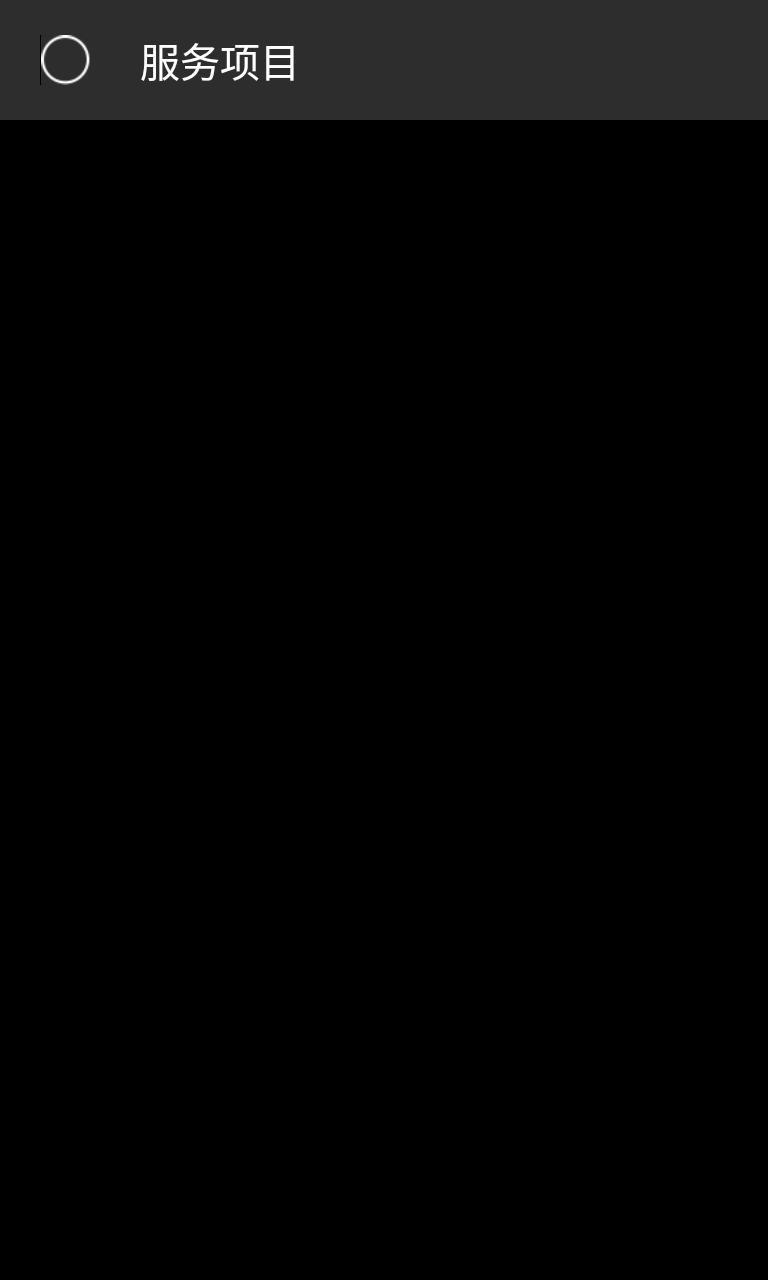
Repository: appleseedez/rongmeme-android
Layout: rmm/res/layout/star_small_item_custom.xml
The author's editor kept a copy of each file at every save. The layout is drawn from the files as they stood at one save, then again after the next save.
It is drawn on a 768 x 1280 px phone screen (xhdpi) without system bars, with theme AppTheme; the app's code is not run.

Above is the layout before, as saved 2014-07-02 13:15:13.

### rmm/res/layout/star_small_item_custom.xml
<?xml version="1.0" encoding="utf-8"?>
<LinearLayout xmlns:android="http://schemas.android.com/apk/res/android"
    android:layout_width="match_parent"
    android:layout_height="wrap_content"
    android:orientation="vertical">

    <RelativeLayout
        android:id="@+id/ssi_top_navigation_bar"
        android:layout_width="fill_parent"
        android:layout_height="60dp"
        android:background="#44aaaaaa"
        android:gravity="center_vertical" >

        <CheckBox
            android:id="@+id/ssic_small_category_checkbox_imageButton"
            style="@style/CustomCheckboxTheme"
            android:layout_width="40dp"
            android:layout_height="40dp"
            android:layout_alignParentLeft="true"
            android:layout_centerVertical="true"
            android:layout_marginLeft="20dp"
            android:scaleType="center" />

        <TextView
            android:id="@+id/ssic_small_category_name_title"
            android:layout_width="wrap_content"
            android:layout_height="wrap_content"
            android:layout_alignParentRight="true"
            android:layout_centerVertical="true"
            android:layout_marginLeft="10dp"
            android:layout_toRightOf="@id/ssic_small_category_checkbox_imageButton"
            android:singleLine="true"
            android:text="@string/ssia_small_category_name_title_text"
            android:textColor="@color/white"
            android:textSize="20sp" />
    </RelativeLayout>

    <View
        android:layout_width="match_parent"
        android:layout_height="1.5dp"
        android:background="@null" >
    </View>

</LinearLayout>

### rmm/res/values/styles.xml
<resources xmlns:android="http://schemas.android.com/apk/res/android">

    <!-- Application theme. -->
    <style name="AppTheme" parent="@android:style/Theme.Black.NoTitleBar">
        <!-- All customizations that are NOT specific to a particular API-level can go here. -->
    </style>

    <style name="CustomCheckboxTheme" parent="@android:style/Widget.CompoundButton.CheckBox">
        <item name="android:button">@drawable/checkbox_style</item>
    </style>

    <style name="title">
        <item name="android:layout_height">wrap_content</item>
        <item name="android:layout_width">wrap_content</item>
        <item name="android:background">@null</item>
        <item name="android:gravity">center</item>
        <item name="android:textColor">@android:color/white</item>
        <item name="android:textSize">18sp</item>
    </style>

    <style name="button" parent="@style/title">
        <item name="android:background">@drawable/btn_button</item>
    </style>

    <style name="title.small" parent="@style/title">
        <item name="android:textSize">16sp</item>
    </style>

    <style name="itembg">
        <item name="android:background">#44aaaaaa</item>
        <item name="android:minHeight">60dip</item>
        <item name="android:paddingBottom">14dip</item>
        <item name="android:paddingLeft">20dip</item>
        <item name="android:paddingRight">20dip</item>
        <item name="android:paddingTop">14dip</item>
    </style>

    <style name="edit">
        <item name="android:layout_height">wrap_content</item>
        <item name="android:layout_width">wrap_content</item>
        <item name="android:textColorHint">@android:color/white</item>
        <item name="android:background">@drawable/edit</item>
        <item name="android:textColor">#797979</item>
        <item name="android:paddingLeft">10dip</item>
    </style>

    <style name="ratingbar" parent="@android:style/Widget.RatingBar">
        <item name="android:progressDrawable">@drawable/ratingbar</item>
        <item name="android:indeterminateDrawable">@drawable/ratingbar</item>
        <item name="android:minHeight">22dip</item>
        <item name="android:maxHeight">22dip</item>
    </style>

    <style name="share">
        <item name="android:layout_height">wrap_content</item>
        <item name="android:layout_width">wrap_content</item>
        <item name="android:minHeight">120dip</item>
        <item name="android:scaleType">centerInside</item>
        <item name="android:background">#44aaaaaa</item>
    </style>

    <style name="dialog" parent="@android:style/Theme.Dialog">
        <item name="android:windowIsTranslucent">false</item>
        <item name="android:windowNoTitle">true</item>
        <item name="android:windowFrame">@null</item>
        <item name="android:windowBackground">@android:color/transparent</item>
        <item name="android:windowIsFloating">true</item>
        <item name="android:windowContentOverlay">@null</item>
        <item name="android:windowTitleStyle">@null</item>
        <item name="android:windowAnimationStyle">@android:style/Animation.Dialog</item>
        <item name="android:windowSoftInputMode">stateUnspecified|adjustPan</item>
        <item name="android:backgroundDimEnabled">false</item>
        <item name="android:background">@android:color/transparent</item>
    </style>

    <style name="order_server_empty">
        <item name="android:layout_height">wrap_content</item>
        <item name="android:layout_width">0dp</item>
        <item name="android:drawableTop">@drawable/icon_order_server_empty</item>
        <item name="android:gravity">center_horizontal</item>
        <item name="android:drawablePadding">10dp</item>
        <item name="android:text">@string/order_server_text_default</item>
        <item name="android:textColor">@android:color/white</item>
        <item name="android:textSize">16sp</item>
    </style>

</resources>

### rmm/res/values/strings.xml
<?xml version="1.0" encoding="utf-8"?>
<resources>
    <string name="app_name">蓉么么</string>
    <string name="menu_settings">Settings</string>
    <string name="pull_to_refresh_tap_label">Tap to refresh</string>
    <string name="pull_to_refresh_refreshing_label">刷新</string>
    <string name="pull_to_refresh_footer_refreshing_label">加载中</string>
    <string name="refresh_down_text">下拉刷新</string>
    <string name="refresh_release_text">松开后刷新</string>
    <string name="xlistview_header_hint_normal">下拉刷新</string>
    <string name="xlistview_header_hint_ready">松开刷新数据</string>
    <string name="xlistview_header_hint_loading">正在加载...</string>
    <string name="xlistview_header_last_time">上次更新时间：</string>
    <string name="xlistview_footer_hint_normal">查看更多</string>
    <string name="xlistview_footer_hint_ready">松开载入更多</string>
    <string name="no_network_connected_status_pop">亲网络不给力啊</string>
    <string name="no_location_error">暂时无法获取当前位置</string>
    <string name="nha_no_net_work_toast">亲，没有网络，请返回在设置中打开网络连接才能定位。</string>
    <!-- dengjie -->
    <string name="back_navigation_imagebutton_desc">返回按钮</string>
    <string name="cleaning_tv_title_text">保洁</string>
    <string name="cleaning_view_flow_btn_text">观看流程</string>
    <string name="cleaning_custom_flow_btn_text">我要定制</string>
    <string name="si_big_category_start_level_imageview_desc">保洁星级服务大类icon</string>
    <string name="si_big_category_pull_down_imageButton_desc">保洁星级下拉按钮icon</string>
    <string name="ssi_small_category_name_title_text">服务项目</string>
    <string name="ssi_small_category_checkbox_imageButton_desc">勾选框</string>
    <string name="he_tv_title_text">钟点工</string>
    <string name="he_next_flow_button_desc">钟点工下一步按钮</string>
    <string name="employee_default_nickname_text">钟艳</string>
    <string name="employee_head_portrait_imageview_des">钟点工的圆角头像</string>
    <string name="ca_tip_msg_textview_defalut_text">您选择了一星保洁服务</string>
    <string name="ca_confirm_appointment_btn_text">确认预约</string>
    <string name="ca_contact_custom_service_text">联系客服</string>
    <string name="ssia_small_category_checkbox_imageButton_desc">勾选框</string>
    <string name="ssia_small_category_name_title_text">服务项目</string>
    <string name="cc_confirm_appointment_btn_text">确认预约</string>
    <string name="cc_contact_custom_service_text">联系客服</string>
    <string name="cc_tip_msg_textview_defalut_text">请选择您需要的服务</string>
    <string name="cc_tv_title_text">自选服务</string>
    <string name="hsa_tv_title_text">预约</string>
    <string name="hsa_tip_msg_textview_defalut_text">您已选择以下服务人员</string>
    <string name="hsa_send_appointment_btn_text">发送预约</string>
    <string name="hsa_phone_textview_hint">请输入手机号码</string>
    <string name="nmd_msg_content_textview_default_text">预约单已经发送\n稍后客服人员会通过\n%s\n联系您</string>
    <string name="nmd_msg_content_textview_default_faild_text">亲网络不好，请稍等一下</string>
    <string name="nmd_close_btn_desc">弹出框的描述</string>
    <string name="sss_tv_title_text">选择门店</string>
    <string name="he_send_appointment_no_phone_error">请输入手机号</string>
    <string name="confirm_custom_appointment_no_check">请选择服务内容</string>

    <item name="cleaning_big_category_tag" type="id"></item>

    <!-- dengjie -->

	<!-- Common -->
	  <string name="image_content_description">占位图标</string>

    <!-- Portal -->
    <string name="activity_label_app_portal">AppPortal</string>
    <string name="label_app_portal_user_center">个人中心</string>
    <string name="label_app_portal_dry_cleaning">干洗</string>
    <string name="label_app_portal_scan_barcode">扫一扫</string>

    <!-- Navigator -->
    <string name="label_navigator_backward">返回</string>
    <string name="label_navigator_forward"></string>
    <string name="label_navigator_forward_refresh">刷新</string>
    <string name="label_navigator_forward_comment">评价</string>
    <string name="label_navigator_title"></string>

    <!-- Dry Cleaning -->
    <string name="activity_label_dry_cleaning_portal">干洗</string>
    <string name="activity_label_dry_cleaning_reservation">干洗预约单</string>
    <string name="dry_cleaning_navigator_title">干洗列表</string>
    <string name="dry_cleaning_navigator_forward">选择</string>
    <string name="dry_cleaning_reserve_title">干洗预约</string>
    <string name="dry_cleaning_reserve_support">联系客服</string>
    <string name="dry_cleaning_reserve_telephone">联系电话</string>
    <string name="dry_cleaning_reserve_address">联系地址</string>
    <string name="dry_cleaning_reserve_confirmed">确认预定</string>
    <string name="dry_cleaning_reserve_failture">预定失败</string>
     <string name="dry_cleaning_reserve_disclaimer_title">免责声明</string>
    <string name="dry_cleaning_reserve_disclaimer">免责声明免责声明免责声明免责声明免责声明免责声明免责声明免责声明免责声明免责声明免责声明免责声明免责声明免责声明免责声明免责声明免责声明免责声明免责声明免责声明免责声明免责声明免责声明免责声明免责声明免责声明免责声明免责声明</string>
    <string name="dry_cleaning_reserve_disclaimer_accept">同意</string>
    <string name="dry_cleaning_reserve_disclaimer_notification">请查看并同意免责声明</string>
    <string name="dry_cleaning_reserve_good">物品</string>
    <string name="dry_cleaning_reserve_amount">数量</string>
    <string name="dry_cleaning_reserve_price">单价</string>
    <string name="dry_cleaning_reserve_total_price">总计</string>
    <string name="dry_cleaning_reserve_send_reservation">发送预约</string>
    <string name="dry_cleaning_reserve_notification_part_a">预约单已经发送\n稍后客服人员会通过\n</string>
    <string name="dry_cleaning_reserve_notification_part_b">\n联系您</string>

    <!-- User Center -->
    <string name="activity_label_user_center_portal">个人中心</string>
    <string name="activity_label_user_order_detail">订单详情</string>
    <string name="activity_label_user_profile">个人设置</string>
    <string name="user_center_forward_label">个人设置</string>
    <string name="user_profile_telephone_label">联系电话</string>
    <string name="user_profile_address_label">联系地址</string>
    <string name="user_profile_address_changed_success">修改成功</string>
    <string name="user_profile_address_changed_failture">修改失败</string>
    <string name="title_activity_order_portal">OrderPortal</string>

    <!-- User Order -->
    <string name="order_type_text_unknown">未知订单</string>
    <string name="order_type_text_cleaning">保洁订单</string>
    <string name="order_type_text_dry_cleaning">干洗订单</string>
    <string name="order_status_text_unknown">未服务</string>
    <string name="order_status_text_pending">未服务</string>
    <string name="order_status_text_unassigned">处理中</string>
    <string name="order_status_text_serving">服务中</string>
    <string name="order_status_text_served">已完成</string>
    <string name="order_status_text_served_text">服务完成</string>
    <string name="order_status_text_cancelled">取消</string>
    <string name="order_service_text_title">名称</string>
    <string name="order_service_text_amount">数量</string>
    <string name="order_service_text_price">单价</string>
    <string name="order_service_text_total_price">总计</string>

    <!-- Payment -->
    <string name="payment_alipay_label">使用支付宝支付</string>
    <string name="payment_alipay_success">支付成功</string>
    <string name="payment_alipay_failture">支付成功</string>
    <string name="payment_order_type_cleaning">蓉么么保洁服务订单</string>
    <string name="payment_order_type_dry_cleaning">蓉么么干洗服务订单</string>
    <string name="payment_order_type_hourly_worker">蓉么么钟点工服务订单</string>
    <string name="payment_order_description">随便说说就好 这是文案</string>
</resources>

### rmm/res/values/colors.xml
<?xml version="1.0" encoding="utf-8"?>
<resources>

    <color name="title">#ba4c62</color>
    <color name="black">#000000</color>
    <color name="white">#FFFFFF</color>
    <color name="blue">#6BADF6</color>
    <!-- 自定义的颜色，通用颜色 -->
    <!-- R:180 G:174 B:165 距离可以删除-->

    <!-- R197G191B186 -->
    <color name="R197G191B186">#C5BFBA</color>
    <color name="R199G183B161">#C7B7A1</color>
    <color name="R144G140B131">#6B6557</color>
    <color name="R96G99B102">#606366</color>
    <color name="R219G185B111">#DBB96F</color>
    <color name="R61G85B1">#3D5501</color>

	<color name="backgroud_black">#66222222</color>
	<color name="backgroud_white">#66FFFFFF</color>

	<color name="R61G85B1">#618510</color>
</resources>

### rmm/res/drawable/checkbox_style.xml
<?xml version="1.0" encoding="utf-8"?>
<selector xmlns:android="http://schemas.android.com/apk/res/android">

    <item android:drawable="@drawable/btn_check_s" android:state_checked="true"/>
    <item android:drawable="@drawable/btn_check_n" android:state_checked="false"/>
    <item android:drawable="@drawable/btn_check_n"/>

</selector>

After the next save:
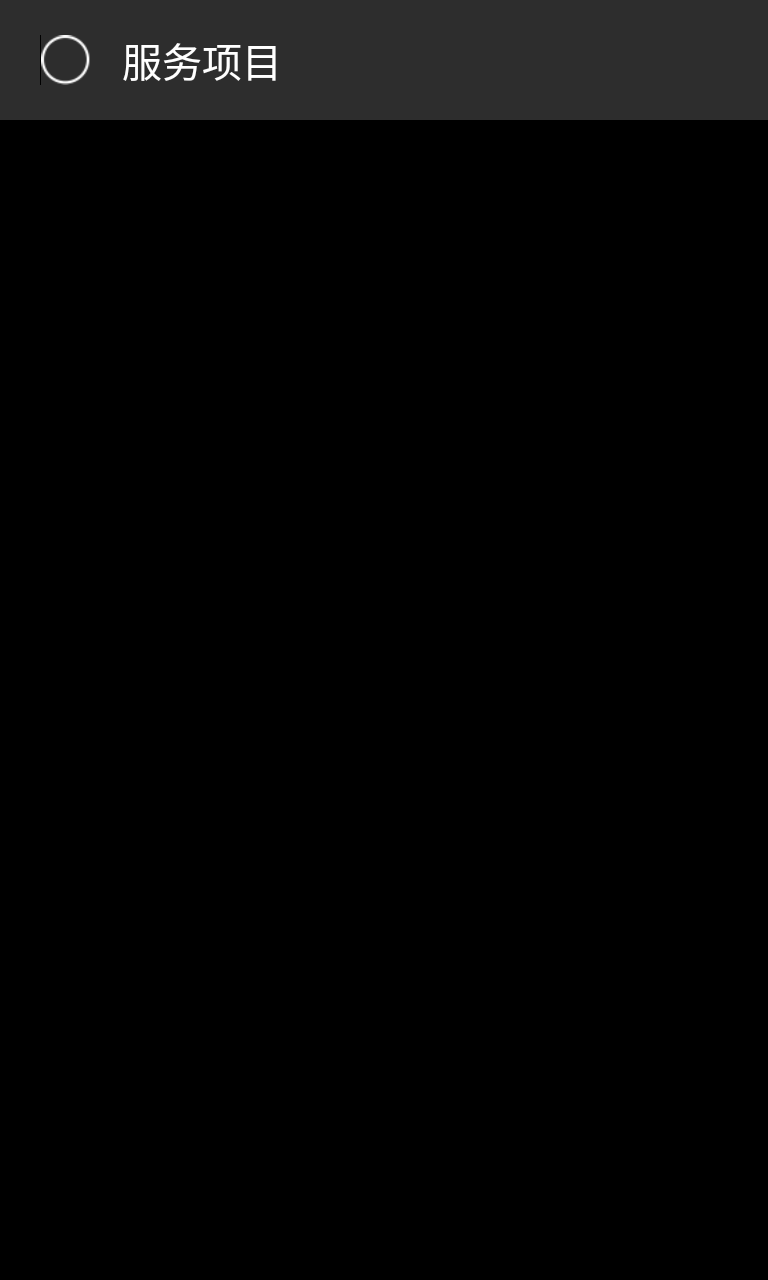
Saved 16 s later.
--- a/rmm/res/layout/star_small_item_custom.xml
+++ b/rmm/res/layout/star_small_item_custom.xml
@@ -27,7 +27,7 @@
             android:layout_height="wrap_content"
             android:layout_alignParentRight="true"
             android:layout_centerVertical="true"
-            android:layout_marginLeft="10dp"
+            android:layout_marginLeft="1dp"
             android:layout_toRightOf="@id/ssic_small_category_checkbox_imageButton"
             android:singleLine="true"
             android:text="@string/ssia_small_category_name_title_text"
